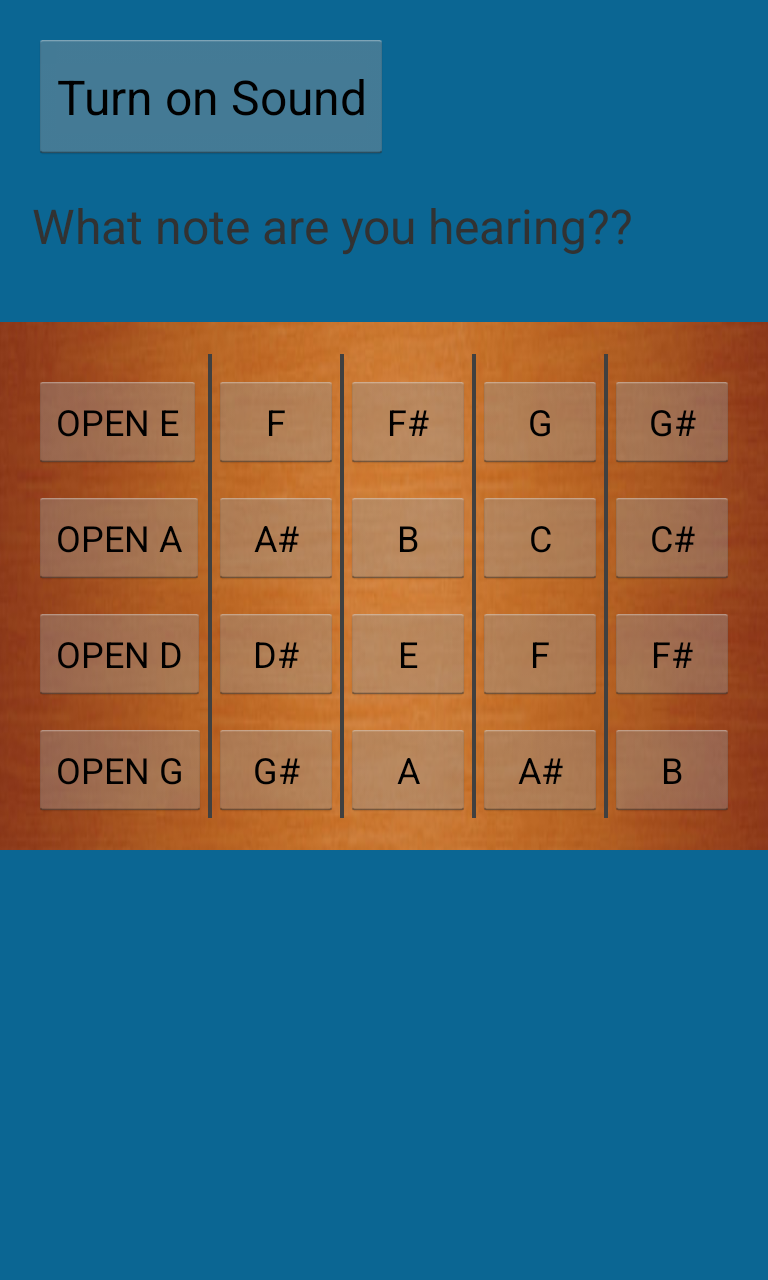
Repository: elliott-ribner/android-guitar-trainer
Layout: randomnotegenerator/res/layout/activity_main.xml
These files come from the project's save history. The layout is drawn as it stood at one moment and after the next save; the edit follows.
It is drawn on a 768 x 1280 px phone screen (xhdpi) without system bars, with theme AppTheme; the app's code is not run.

Above is the layout before, as saved 2014-06-08 23:22:34.

### randomnotegenerator/res/layout/activity_main.xml
<LinearLayout xmlns:android="http://schemas.android.com/apk/res/android"
    xmlns:tools="http://schemas.android.com/tools"
    android:layout_width="match_parent"
    android:layout_height="match_parent"
    android:background="#0b6693"
    android:orientation="vertical"
    tools:context="com.elliott.randomnotegenerator.MainActivity$PlaceholderFragment" >

    <LinearLayout
        android:layout_width="fill_parent"
        android:layout_height="wrap_content"
        android:background="#0b6693"
        android:orientation="vertical"
        android:paddingBottom="@dimen/activity_vertical_margin"
        android:paddingLeft="@dimen/activity_horizontal_margin"
        android:paddingRight="@dimen/activity_horizontal_margin"
        android:paddingTop="@dimen/activity_vertical_margin" >

        <Button
            android:id="@+id/ButtonPlay"
            android:layout_width="wrap_content"
            android:layout_height="wrap_content"
            android:paddingBottom="@dimen/activity_vertical_margin"
            android:paddingTop="@dimen/activity_vertical_margin"
            android:text="@string/play"
            android:textSize="24sp" />

        <TextView
            android:id="@+id/promptBox"
            android:layout_width="wrap_content"
            android:layout_height="wrap_content"
            android:paddingBottom="@dimen/activity_vertical_margin"
            android:paddingTop="@dimen/activity_vertical_margin"
            android:text="@string/prompt"
            android:textSize="24sp" />
    </LinearLayout>

    <LinearLayout
        android:layout_width="fill_parent"
        android:layout_height="wrap_content"
        android:background="@drawable/background"
        android:orientation="vertical"
         >

        <LinearLayout
            android:layout_width="fill_parent"
            android:layout_height="wrap_content"
            android:orientation="horizontal"
            android:paddingBottom="@dimen/activity_vertical_margin"
        android:paddingLeft="@dimen/activity_horizontal_margin"
        android:paddingRight="@dimen/activity_horizontal_margin"
        android:paddingTop="@dimen/activity_vertical_margin"  >

            <LinearLayout
                android:layout_width="wrap_content"
                android:layout_height="wrap_content"
                android:orientation="vertical" >

                <Button
                    android:id="@+id/ButtonEL"
                    android:layout_width="wrap_content"
                    android:layout_height="wrap_content"
                    android:layout_marginTop="10dp"
                    android:text="@string/el" />

                <Button
                    android:id="@+id/ButtonAL"
                    android:layout_width="wrap_content"
                    android:layout_height="wrap_content"
                    android:layout_marginTop="10dp"
                    android:text="@string/al" />

                <Button
                    android:id="@+id/ButtonD"
                    android:layout_width="wrap_content"
                    android:layout_height="wrap_content"
                    android:layout_marginTop="10dp"
                    android:text="@string/d" />

                <Button
                    android:id="@+id/ButtonG"
                    android:layout_width="wrap_content"
                    android:layout_height="wrap_content"
                    android:layout_marginTop="10dp"
                    android:text="@string/g" />
            </LinearLayout>

            <View
                android:layout_width="2dip"
                android:layout_height="fill_parent"
                android:background="#404040" />

            <LinearLayout
                android:layout_width="wrap_content"
                android:layout_height="wrap_content"
                android:orientation="vertical" >

                <Button
                    android:id="@+id/ButtonFL"
                    android:layout_width="wrap_content"
                    android:layout_height="wrap_content"
                    android:layout_marginTop="10dp"
                    android:text="@string/fl" />

                <Button
                    android:id="@+id/ButtonASL"
                    android:layout_width="wrap_content"
                    android:layout_height="wrap_content"
                    android:layout_marginTop="10dp"
                    android:text="@string/asl" />

                <Button
                    android:id="@+id/ButtonDS"
                    android:layout_width="wrap_content"
                    android:layout_height="wrap_content"
                    android:layout_marginTop="10dp"
                    android:text="@string/ds" />

                <Button
                    android:id="@+id/ButtonGS"
                    android:layout_width="wrap_content"
                    android:layout_height="wrap_content"
                    android:layout_marginTop="10dp"
                    android:text="@string/gs" />
            </LinearLayout>

            <View
                android:layout_width="2dip"
                android:layout_height="fill_parent"
                android:background="#404040" />

            <LinearLayout
                android:layout_width="wrap_content"
                android:layout_height="wrap_content"
                android:orientation="vertical" >

                <Button
                    android:id="@+id/ButtonFSL"
                    android:layout_width="wrap_content"
                    android:layout_height="wrap_content"
                    android:layout_marginTop="10dp"
                    android:text="@string/fsl" />

                <Button
                    android:id="@+id/ButtonBL"
                    android:layout_width="wrap_content"
                    android:layout_height="wrap_content"
                    android:layout_marginTop="10dp"
                    android:text="@string/bl" />

                <Button
                    android:id="@+id/ButtonE"
                    android:layout_width="wrap_content"
                    android:layout_height="wrap_content"
                    android:layout_marginTop="10dp"
                    android:text="@string/e" />

                <Button
                    android:id="@+id/ButtonA"
                    android:layout_width="wrap_content"
                    android:layout_height="wrap_content"
                    android:layout_marginTop="10dp"
                    android:text="@string/a" />
            </LinearLayout>

            <View
                android:layout_width="2dip"
                android:layout_height="fill_parent"
                android:background="#404040" />

            <LinearLayout
                android:layout_width="wrap_content"
                android:layout_height="wrap_content"
                android:orientation="vertical" >

                <Button
                    android:id="@+id/ButtonGL"
                    android:layout_width="wrap_content"
                    android:layout_height="wrap_content"
                    android:layout_marginTop="10dp"
                    android:text="@string/gl" />

                <Button
                    android:id="@+id/ButtonC"
                    android:layout_width="wrap_content"
                    android:layout_height="wrap_content"
                    android:layout_marginTop="10dp"
                    android:text="@string/c" />

                <Button
                    android:id="@+id/ButtonF"
                    android:layout_width="wrap_content"
                    android:layout_height="wrap_content"
                    android:layout_marginTop="10dp"
                    android:text="@string/f" />

                <Button
                    android:id="@+id/ButtonAS"
                    android:layout_width="wrap_content"
                    android:layout_height="wrap_content"
                    android:layout_marginTop="10dp"
                    android:text="@string/as" />
            </LinearLayout>

            <View
                android:layout_width="2dip"
                android:layout_height="fill_parent"
                android:background="#404040" />

            <LinearLayout
                android:layout_width="wrap_content"
                android:layout_height="wrap_content"
                android:orientation="vertical" >

                <Button
                    android:id="@+id/ButtonGSL"
                    android:layout_width="wrap_content"
                    android:layout_height="wrap_content"
                    android:layout_marginTop="10dp"
                    android:text="@string/gsl" />

                <Button
                    android:id="@+id/ButtonCS"
                    android:layout_width="wrap_content"
                    android:layout_height="wrap_content"
                    android:layout_marginTop="10dp"
                    android:text="@string/cs" />

                <Button
                    android:id="@+id/ButtonFS"
                    android:layout_width="wrap_content"
                    android:layout_height="wrap_content"
                    android:layout_marginTop="10dp"
                    android:text="@string/fs" />

                <Button
                    android:id="@+id/ButtonB"
                    android:layout_width="wrap_content"
                    android:layout_height="wrap_content"
                    android:layout_marginTop="10dp"
                    android:text="@string/b" />
            </LinearLayout>

        </LinearLayout>



    </LinearLayout>

         <LinearLayout
        android:layout_width="fill_parent"
        android:layout_height="wrap_content"
        android:orientation="vertical"
        android:background="#0b6693"
        android:paddingBottom="@dimen/activity_vertical_margin"
        android:paddingLeft="@dimen/activity_horizontal_margin"
        android:paddingRight="@dimen/activity_horizontal_margin"
        android:paddingTop="@dimen/activity_vertical_margin" >

        <TextView
            android:id="@+id/resultBox"
            android:layout_width="wrap_content"
            android:layout_height="wrap_content"
            android:text="@string/result"
            android:textSize="24sp" />
    </LinearLayout>

</LinearLayout>

### randomnotegenerator/res/values/strings.xml
<?xml version="1.0" encoding="utf-8"?>
<resources>

    <string name="app_name">Bass Guitar Ear Trainer</string>
    <string name="hello_world">Hello world!</string>
    <string name="action_settings">Settings</string>
	<string name="play">Turn on Sound</string>
	<string name="prompt">What note are you hearing??</string>
	<string name="result"></string>
	<string name="c">C</string>
	<string name="cs">C#</string>
	<string name="d">OPEN D</string>
	<string name="ds">D#</string>
	<string name="e">E</string>
	<string name="f">F</string>
	<string name="fs">F#</string>
	<string name="g">OPEN G</string>
	<string name="gs">G#</string>
	<string name="a"> A</string>
	<string name="as">A#</string>
	<string name="b">B</string>
	<string name="el">OPEN E</string>
	<string name="fl">F</string>
	<string name="fsl">F#</string>
	<string name="gl">G</string>
	<string name="gsl">G#</string>
	<string name="al">OPEN A</string>
	<string name="asl">A#</string>
	<string name="bl">B</string>

</resources>

Loaded but not shown: randomnotegenerator/res/values/styles.xml (common file); randomnotegenerator/res/values-v11/styles.xml (common file); randomnotegenerator/res/values-v14/styles.xml (common file); randomnotegenerator/res/values/dimens.xml (common file); randomnotegenerator/res/values-w820dp/dimens.xml (common file)

After the next save:
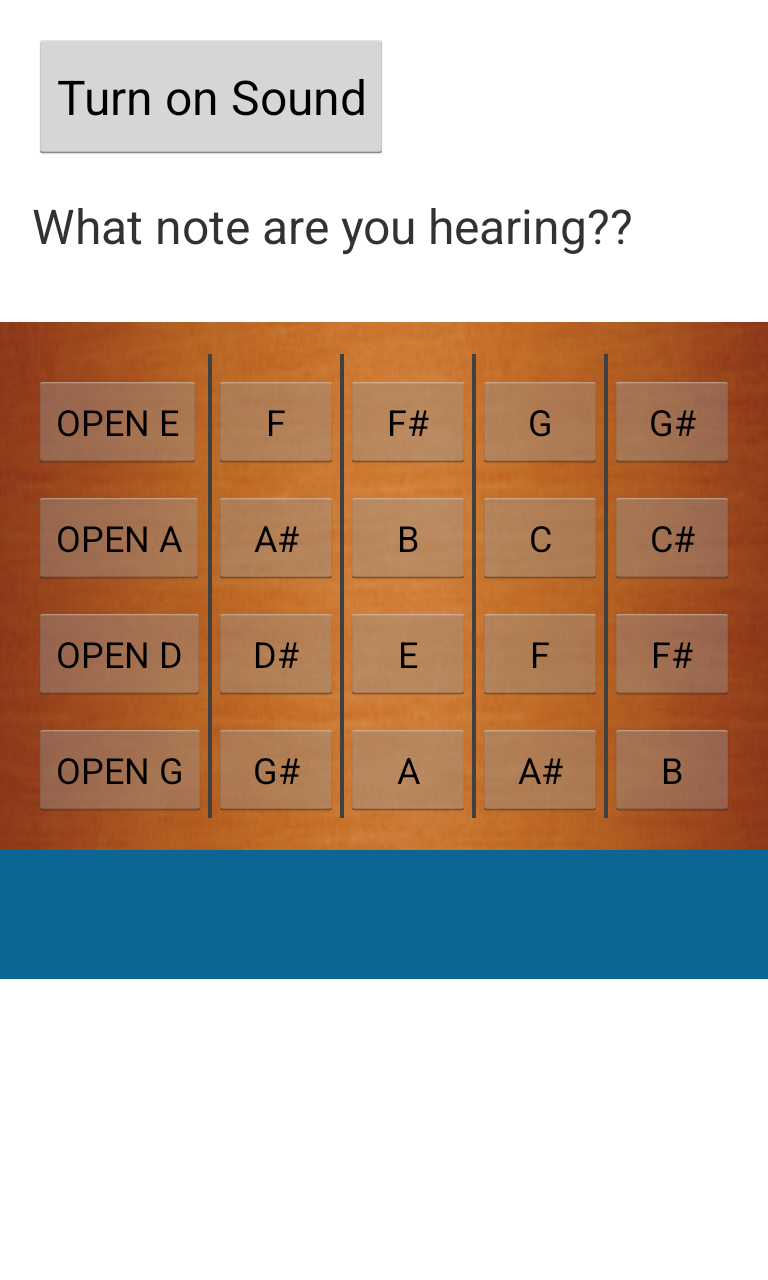
Saved 79 min 59 s later.
--- a/randomnotegenerator/res/layout/activity_main.xml
+++ b/randomnotegenerator/res/layout/activity_main.xml
@@ -2,14 +2,14 @@
     xmlns:tools="http://schemas.android.com/tools"
     android:layout_width="match_parent"
     android:layout_height="match_parent"
-    android:background="#0b6693"
+    android:background="FFDE54"
     android:orientation="vertical"
     tools:context="com.elliott.randomnotegenerator.MainActivity$PlaceholderFragment" >
 
     <LinearLayout
         android:layout_width="fill_parent"
         android:layout_height="wrap_content"
-        android:background="#0b6693"
+        android:background="FFDE54"
         android:orientation="vertical"
         android:paddingBottom="@dimen/activity_vertical_margin"
         android:paddingLeft="@dimen/activity_horizontal_margin"
